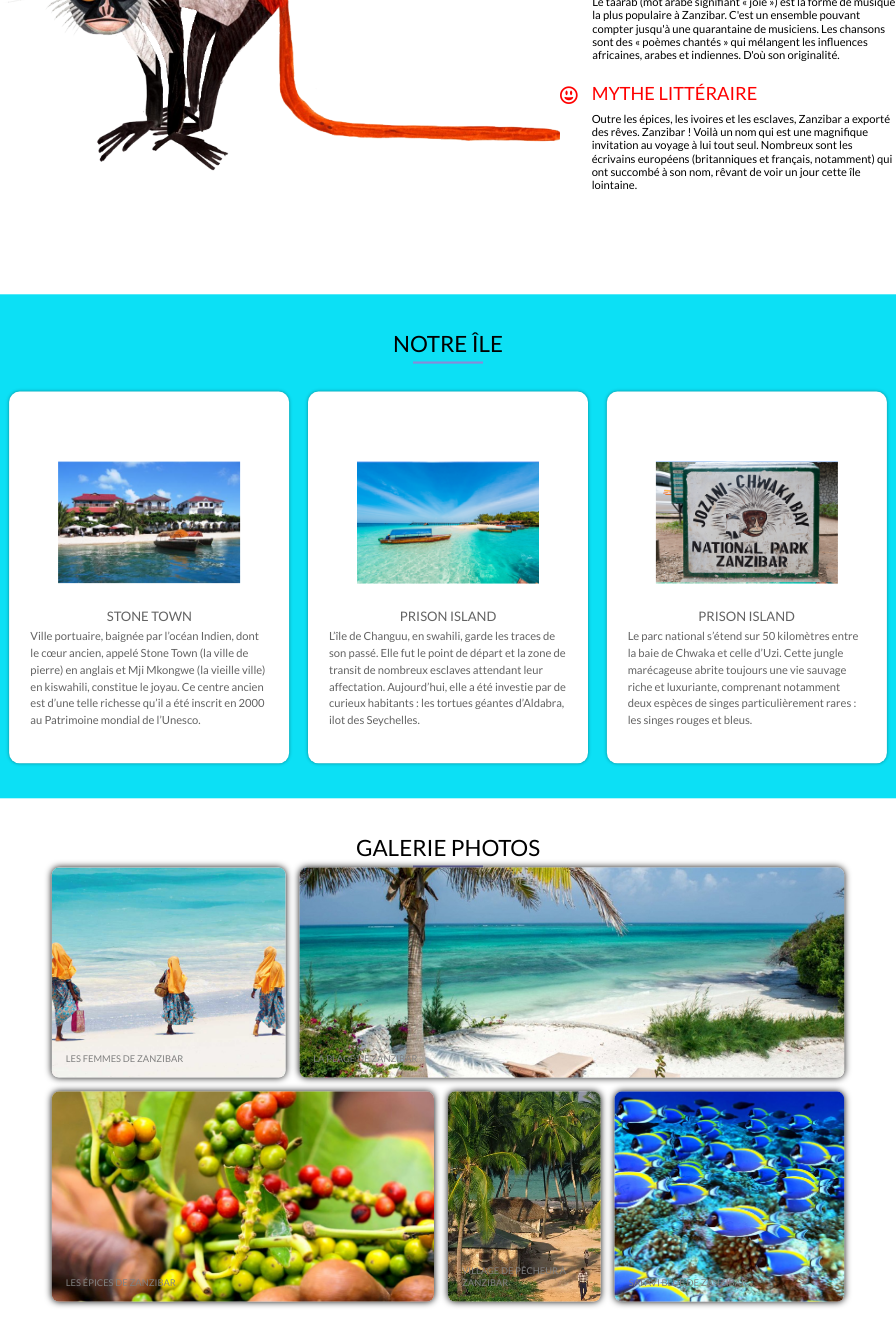
Repository: ypiard85/zanzibar
Page: index.html
An editor plug-in stored every save of this project. The page is shown before and after the next save, followed by the edit.
The browser window is 1280 px wide. The pictures show the part of the page from y = 1158 to 3078 px (the page is 3078 px tall), at 70% of full size.
Some web fonts or font styles are not loaded; a fallback is used.

Above is the page before, as saved 2021-03-01 11:36:04.

### index.html
<!DOCTYPE html>
<html lang="en">
  <head>
    <meta charset="UTF-8" />
    <meta http-equiv="X-UA-Compatible" content="IE=edge" />
    <meta name="viewport" content="width=device-width, initial-scale=1.0" />
    <link rel="stylesheet" href="font/font.css" />
    <link rel="stylesheet" href="./style.css" />
    <link
      rel="stylesheet"
      href="https://use.fontawesome.com/releases/v5.15.2/css/all.css"
      integrity="sha384-vSIIfh2YWi9wW0r9iZe7RJPrKwp6bG+s9QZMoITbCckVJqGCCRhc+ccxNcdpHuYu"
      crossorigin="anonymous"
    />
    <link
      href="https://fonts.googleapis.com/css?family=Lato:300,400,700"
      rel="stylesheet"
    />
    <link
      href="https://fonts.googleapis.com/css?family=Sanchez"
      rel="stylesheet"
    />
    <title> </title>
  </head>
  <body>
    <header role="header">
      <nav class="nav">
        <div class="nav_left">
          <a href="">
            Zanibar
          </a>
        </div>
        <ul class="nav_link">
          <li><a href="">Qui sommes-nous</a></li>
          <li><a href="">Notre île</a></li>
          <li><a href="">Photos</a></li>
          <li><a href="">Témoignages</a></li>
          <li><a href="">Nos séjours</a></li>
          <li><a href="">Contact</a></li>
        </ul>
      </nav>
    </header>
      <section class="image_thumbnail">
        <div class="content_thumbnail">
          <p class="titlte_first">ZANBIZAR</p>
          <p class="title_second">UN ART DE VIVRE</p>
          <p>Lorem ipsum dolor sit amet consectetur adipisicing elit.</p>
          <a href="" class="btn_plein">Notre île</a>
          <a href="" class="btn_empty">Contactez-nous</a>
        </div>
      </section>
      <section class="about">
        <div class="title">
          <p class="blue_border">Qui sommes-nous</p>
        </div>
        <div class="about_content">
          <div class="about_content_left">
            <img src="./tea.png" alt="tea image" />
          </div>
          <div class="about_content_right">
            <div class="about_content_option">
              <i class="far fa-check-circle"></i>
              <p>
                <span>RELIGIONS ET CROYANCES</span>
                La religion principale à Zanzibar est l'islam (97 %), à
                dominante sunnite. Les hindouistes constituent une toute petite
                communauté. Plusieurs minorités religieuses (musulmanes) ont élu
                domicile à Zanzibar : es ismaéliens (qui vénèrent Ismaël, l'un
                des descendants du prophète Ali, et dont le chef spirituel et
                temporel est le célèbre et richissime Aga Khan) et les dawoodis
                bohras, des Indo-Pakistanais, qui suivent les préceptes du
                Coran, mais dont la pratique religieuse, marginale, est beaucoup
                moins dogmatique.
              </p>
            </div>
            <div class="about_content_option">
              <i class="far fa-check-circle"></i>
              <p>
                <span>MUSIQUE</span>
                Le taarab (mot arabe signifiant « joie ») est la forme de
                musique la plus populaire à Zanzibar. C'est un ensemble pouvant
                compter jusqu'à une quarantaine de musiciens. Les chansons sont
                des « poèmes chantés » qui mélangent les influences africaines,
                arabes et indiennes. D'où son originalité.
              </p>
            </div>
            <div class="about_content_option">
              <i class="far fa-grin-alt"></i>
              <p>
                <span>MYTHE LITTÉRAIRE</span>
                Outre les épices, les ivoires et les esclaves, Zanzibar a
                exporté des rêves. Zanzibar ! Voilà un nom qui est une
                magnifique invitation au voyage à lui tout seul. Nombreux sont
                les écrivains européens (britanniques et français, notamment)
                qui ont succombé à son nom, rêvant de voir un jour cette île
                lointaine.
              </p>
            </div>
          </div>
        </div>
      </section>
      <section class="notre_ile">
        <div class="title">
          <p class="blue_border">Notre île</p>
        </div>
        <div class="content">
          <div class="card">
            <img src="./card/stone-town.png" alt="stone town" />
            <h3>STONE TOWN</h3>
            <p>
              Ville portuaire, baignée par l’océan Indien, dont le cœur ancien,
              appelé Stone Town (la ville de pierre) en anglais et Mji Mkongwe
              (la vieille ville) en kiswahili, constitue le joyau. Ce centre
              ancien est d’une telle richesse qu’il a été inscrit en 2000 au
              Patrimoine mondial de l’Unesco.
            </p>
          </div>
          <div class="card">
            <img src="./card/prison-island.png" alt="" />
            <h3>PRISON ISLAND</h3>
            <p>
              L’île de Changuu, en swahili, garde les traces de son passé. Elle
              fut le point de départ et la zone de transit de nombreux esclaves
              attendant leur affectation. Aujourd’hui, elle a été investie par
              de curieux habitants : les tortues géantes d’Aldabra, ilot des
              Seychelles.
            </p>
          </div>
          <div class="card">
            <img src="./card/parc-national-jozani.png" alt="" />
            <h3>PRISON ISLAND</h3>
            <p>
              Le parc national s’étend sur 50 kilomètres entre la baie de Chwaka
              et celle d’Uzi. Cette jungle marécageuse abrite toujours une vie
              sauvage riche et luxuriante, comprenant notamment deux espèces de
              singes particulièrement rares : les singes rouges et bleus.
            </p>
          </div>
        </div>
      </section>
      <section class="galerie">
        <div class="title">
          <p class="blue_border">GALERIE PHOTOS</p>
        </div>
        <div class="image_galerie">
            <div class="img_top">
              <div class="img_top_left">
                <p class="img_title">LES FEMMES DE ZANZIBAR</p>
              </div>
              <div class="img_top_right">
                <p class="img_title">LA PLAGE DE ZANZIBAR</p>
              </div>
            </div>
            <div class="img_bottom">
              <div class="img_bottom_left">
                <p class="img_title">LES ÉPICES DE ZANZIBAR</p>
              </div>
              <div class="img_bottom_center">
                <p class="img_title">VILLAGE DE PÊCHEUR À ZANZIBAR</p>
              </div>
              <div class="img_bottom_right">
                <p class="img_title">SAFAVI BLUE DE ZANZIBAR</p>
              </div>
            </div>
        </div>
      </section>
    </div>
  </body>
</html>

### font/font.css
/*! Generated by Font Squirrel (https://www.fontsquirrel.com) on June 4, 2019 */



@font-face {
    font-family: 'warnesregular';
    src: url('warnes-regular-webfont.eot');
    src: url('warnes-regular-webfont.eot?#iefix') format('embedded-opentype'),
         url('warnes-regular-webfont.woff2') format('woff2'),
         url('warnes-regular-webfont.woff') format('woff'),
         url('warnes-regular-webfont.ttf') format('truetype'),
         url('warnes-regular-webfont.svg#warnesregular') format('svg');
    font-weight: normal;
    font-style: normal;

}

### style.css
:root{
    --font-family-title: "warnesregular";
    --guillemet-citation: "Sanchez", serif;
    --font-size-title-medium: 32px;
    --button-header-blue: rgb(85, 85, 199);
    --font-size-title-red: red;
}

*{
    margin: 0;
    padding: 0;
    box-sizing: border-box;
    list-style: none;
    text-decoration: none;
    transition: 0.3s;
}

html {
    background-color: #fff;
    font-family: "Lato", "Arial", sans-serif;
}


.nav{
    background: black;
    display: flex;
    justify-content: space-around;
    align-items: center;
    padding: 5px 0;
    width: 100%;
}

section{
    padding: 50px 0;
}

.nav *{
    color: #fff;
}

.nav_left a{
    font-family: var(--font-family-title);
    font-size: 32px;
}

.nav_link{
    display: flex;
}

.nav_link li a{
    color: rgb(233, 233, 233);
    margin: 0 10px;

}

.image_thumbnail{
    background-image: url('./header.jpg');
    background-repeat: no-repeat;
    background-position: center right;
    height: 93vh;

}

.content_thumbnail{
    padding: 190px;
    color: #fff;
}

.content_thumbnail .titlte_first{
    font-size: 58px;
}

.content_thumbnail .title_second{
    font-size: 58px;
    font-weight: 100;
}

.content_thumbnail > a{
    display: inline-block;
    margin-top: 10px;
    padding: 8px 30px;
    border-radius: 8px;
    margin-right: 20px;
    font-weight: 600;
}

.btn_plein{
    background-color: white;
    color: var(--button-header-blue);
}

.btn_plein:hover{
    background-color: var(--button-header-blue);
    color: white;
}

.btn_empty{
    background-color: transparent;
    color: #fff;
    border: 2px solid #fff;
}

.btn_empty:hover{
    color: var(--button-header-blue);
    background-color: white;
}


section .title p {
    text-align: center;
    text-transform: uppercase;
    font-size: var(--font-size-title-medium);
    position: relative;
}

.blue_border::after{
    content: '';
    position: absolute;
    background-color: rgb(138, 138, 218);
    left: 0;
    right: 0;
    bottom: -10px;
    height: 3px;
    width: 100px;
    margin: 0 auto;
}

.about_content{
    margin-top: 60px;
    display: flex;
    justify-content: space-evenly;
}

.about_content_option{
    display: flex;
    margin-bottom: 30px;
}

.about_content_option i{
    font-size: 26px;
    color: var(--font-size-title-red);
    margin-right: 20px;
    margin-top: 5px;
}

.about_content_option p span{
    display: block;
    color: var(--font-size-title-red);
    font-size: 26px;
    margin-bottom: 10px;
}

.about_content_right{
    width: 500px;
}

.notre_ile{
    background-color: #0CE0F5;
}

.notre_ile > .content{
    margin-top: 50px;
}

.card{
    background-color: #FFF;
    display: flex;
    flex-direction: column;
    align-items: center;
    width: 400px;
    max-width: 100%;
    padding: 50px 30px;
    border-radius: 15px;
    box-shadow: 0 0 5px rgba(0, 0, 0, 0.411);
    color: rgb(99, 99, 99);
}

.card *{
    font-weight: normal ;
}

.card h3{
    margin-bottom: 5px;
}

.card p{
    line-height: 1.5rem;
}

.card img{
    width: 260px;
}

.notre_ile .content{
    display: flex;
    align-items: center;
    justify-content: space-around;

}

.image_galerie{
    display: flex;
    flex-direction: column;
    justify-content: space-between;
    width: 90%;
    margin: auto;
    flex-wrap: wrap;
}

.img_top, .img_bottom{
    display: flex;
    justify-content: space-around;

}

.img_top div, .img_bottom div{
    margin: 10px;
    height: 300px;
    position: relative;
    border-radius: 10px;
    box-shadow: 0 0 10px black;
}

.img_top_left{
    width: 30%;
    background-image: url('./galerie/femmes-zanzibar.jpg');
    background-size: cover;
    background-repeat: no-repeat;
    background-position: center center;

}

.img_top_right{
    width: 70%;
    background-image: url('./galerie/plage-zanzibar.jpg');
    background-size: cover;
    background-repeat: no-repeat;
    background-position: center center;
}

.img_bottom_left{
    width: 50%;
    background-image: url('./galerie/epices-zanzibar.jpg');
    background-size: cover;
    background-repeat: no-repeat;
    background-position: center center;
}

.img_bottom_center{
    width: 20%;
    background-image: url('./galerie/village-pecheur-zanzibar.jpg');
    background-size: cover;
    background-repeat: no-repeat;
    background-position: center center;
}

.img_bottom_right{
    width: 30%;
    background-image: url('./galerie/safari-blue.jpg');
    background-size: cover;
    background-repeat: no-repeat;
    background-position: center center;
}

.img_title{
    position: absolute;
    bottom: 20px;
    left: 20px;
    color: gray;
    font-size: smaller;
}

After the next save:
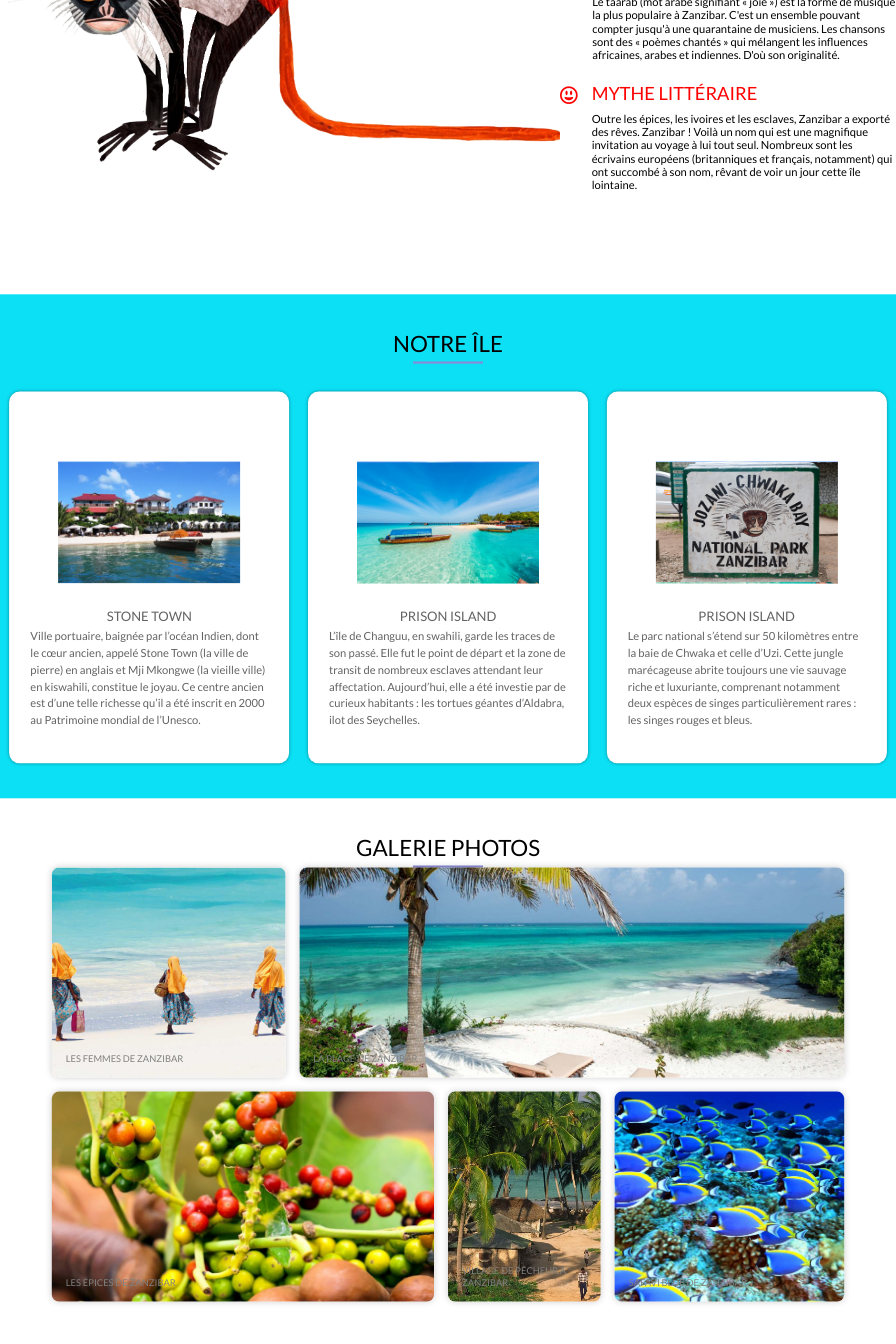
Saved 6 s later.
--- a/style.css
+++ b/style.css
@@ -218,7 +218,7 @@ section .title p {
     height: 300px;
     position: relative;
     border-radius: 10px;
-    box-shadow: 0 0 10px black;
+    box-shadow: 0 0 10px rgba(0, 0, 0, 0.199);
 }
 
 .img_top_left{
